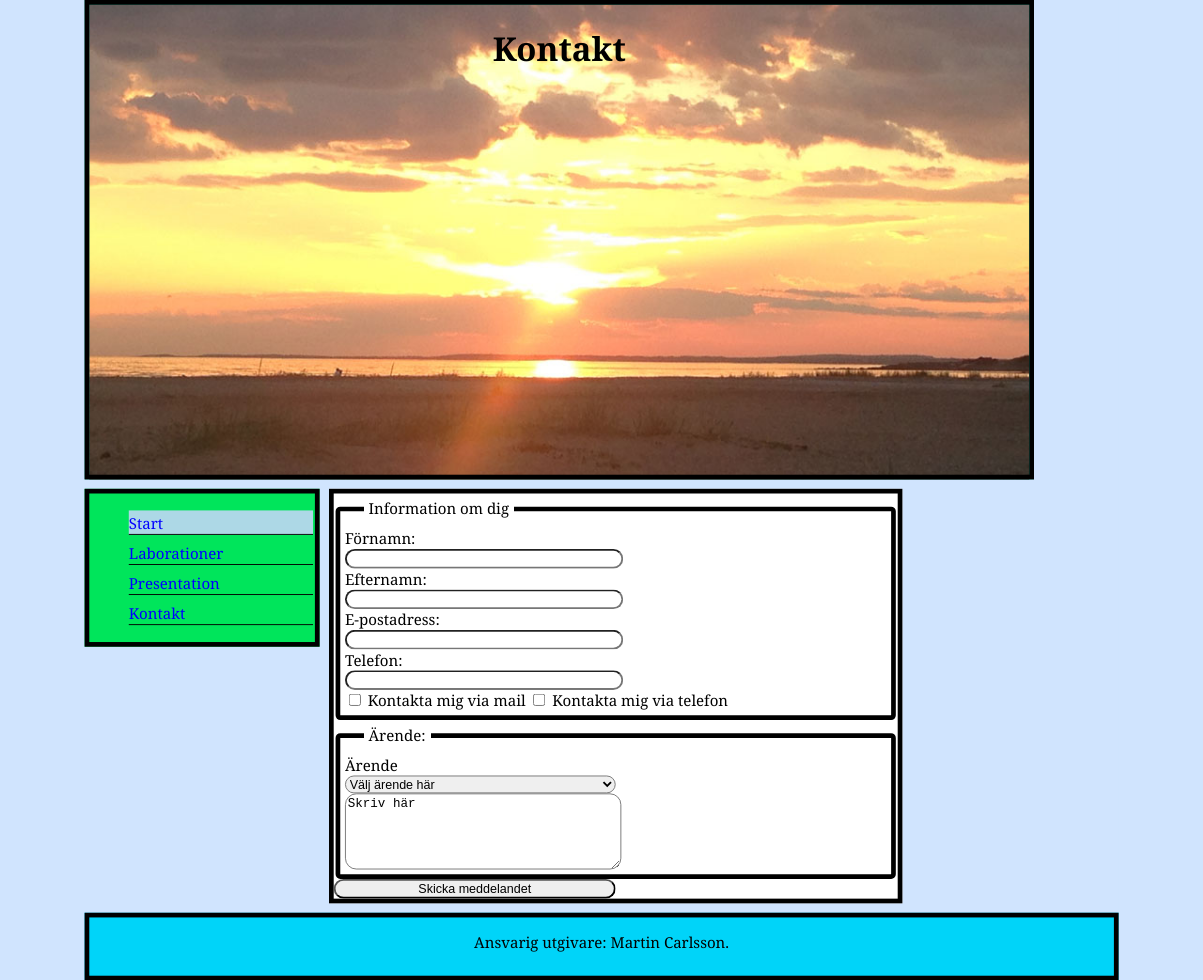
Repository: Martin-Carlsson85/HTML-och-CSS
Page: pages/kontakt.html
The author's editor kept a record of every edit. The page is drawn from the files as they stood at one moment, then again after the next edit.
The browser window is 1280 px wide. The pictures show the whole page, at 94% of full size.

Above is the page before.

### pages/kontakt.html
<!doctype html>
<html lang="sv">
    <head>
        <meta charset="utf-8" />

        <title>Kontakt</title>

         <link rel="stylesheet" href="../css/pics/style.css" />

    </head>

    <body>

         <div class="header">

        <h1>Kontakt</h1>

        </div>

         <div class="navigation">

        <ul>
            <li><a href="../index.html" class="active">Start</a></li>

            <li><a href="laborationer.html">Laborationer</a></li>

            <li><a href="presentation.html">Presentation</a></li>

            <li><a href="kontakt.html">Kontakt</a></li>
        </ul>

        <div class="clear"></div>

        </div>

         <div class="content">

        <form id="form" name="form" method="post" action="http://voyager.lnu.se/tekinet/kurser/dtt/wp_webbintro/form.php">

            <fieldset>
                <legend>Information om dig</legend>

                Förnamn:
                <input type="text" name="fnamn" id="fnamn" />

                Efternamn:
                <input type="text" name="enamn" id="enamn" />

                E-postadress:
                <input type="text" name="epost" id="epost" />

                Telefon:
                <input type="text" name="telefon" id="telefon" />

                <input type="checkbox" name="kontakt" id="kontakt" value="kontakt"/>
                <label for="kontakt">Kontakta mig via mail</label>

                <input type="checkbox" name="telefon2" id="telefon2" value="telefon"/>
                <label for="telefon">Kontakta mig via telefon</label>

            </fieldset>


            <fieldset>

                <legend>Ärende:</legend>
                <label for="arende">Ärende</label>

                <select name="arende2" id="arende">
                <option> Välj ärende här </option>
                <option value="var"> Synpunkter </option>
                <option value="var"> Frågor </option>
                </select>

                <textarea name="meddelande" id="meddelande" cols="45" rows="5" >Skriv här</textarea>

            </fieldset>

            <input type="submit" name="skicka" id="skicka" value="Skicka meddelandet" />

        </form>

        </div>

        <div class="clear"></div>

         <div class="footer">

         <p>Ansvarig utgivare: Martin Carlsson.</p>

         </div>

    </body>

</html>

### css/pics/style.css
body, html
{
    background-color: #d0e4fe;
    width:1100px;
    margin:auto;
    font-family: "Georgia", "Arial", "sans-serif";

}
.logotype{
    padding: 30px;
    position: absolute;
    top: 700px;

}
.container
{

    width:960px;

}


.clear{
    clear:both;
}

.content{
    background-color: white;
    float: left;
    width: 600px;
    border-style:solid;
    border-width:5px;


}
.liststyle
{

    padding-left:25px;
}

.liststyle_2 ul li
{
    padding: 0px;
    list-style-type: none;
}

.liststyle_3 ul li{

    padding: 0px;
    list-style-type: none;
}

.liststyle_4{

    padding: 0px;
}

.liststyle_5{

    padding: 0px;
}


.vektor{
    float: left;
}

.header{
    background-image: url(bild_halmstad_2.jpg);
    background-repeat: no-repeat;
    background-color: #16a085;
    text-align: center ;
    height: 500px;
    width: 1000px;
    margin: 0px;
    border-width:5px;
    border-style:solid;
    margin-bottom: 10px;

}
.footer{
    text-align: center ;
    height:62px;
    background-color:#00D4F9;
    border-width:5px;
    border-style:solid;
    margin-top:10px;
    clear:both;


}
.navigation{
    background-color: #00E55B;
    float: left;
    width: 240px;
    margin-right: 10px;
    border-width:5px;
    border-style:solid;
}

.navigation ul{
    list-style-type: none;

}

.navigation li {
    padding: 2px;
    margin-top:2px;
}

.navigation li a {
    display: block;
    padding-top: 3px;
    border-bottom:1px solid black;
    padding-right:90px;

}

.navigation li a:hover{
     background:#27ae60;
}

.navigation li a:active{
    background:#27ae60;
}

.active{
    background-color: lightblue;
    padding-right:90px;
}

#home{
    background-image: url('sprite.png');
    margin-bottom:5px;
    background-position: 0px -50px;
    background-repeat: no-repeat;
    display: block;
    padding-left: 25px;

}

#home:hover{
    background-image: url('sprite.png');
    background-position: 0px -2px;
    background-repeat: no-repeat;
    display: block;


}


#lab{
    background-image: url('sprite.png');
    margin-bottom:5px;
    background-position: 0px -145px;
    background-repeat: no-repeat;
    display: block;
    padding-left: 25px;

}

#lab:hover{
    background-image: url('sprite.png');
    background-position: 0px -97px;
    background-repeat: no-repeat;
    display: block;

}

#pres{
    background-image: url('sprite.png');
    margin-bottom:5px;
    background-position: 0px -241px;
    background-repeat: no-repeat;
    display: block;
    padding-left: 25px;

}

#pres:hover{
    background-image: url('sprite.png');
    background-position: 0px -193px;
    background-repeat: no-repeat;
    display: block;

}

#cont{
    background-image: url('sprite.png');
    margin-bottom:5px;
    background-position: 0px -338px;
    background-repeat: no-repeat;
    display: block;
    padding-left: 25px;

}

#cont:hover{
    background-image: url('sprite.png');
    background-position: 0px -290px;
    background-repeat: no-repeat;
    display: block;

}

h1{
    font-size:35px;
    color: black;
    text-align: center;
}

h2{	font-size:25px;}
h3{	font-size:20px;}
h4{	font-size:17px;}
h5{	font-size:14px;}



fieldset {

    border: 5px solid black;
    border-radius: 5px;
    padding: 5px;
}

fieldset legend {
    padding: 5px 5px ;
    font-size: 16px;
    border-radius: 5px;
    margin-left: 20px;
}


#skicka{
    border-radius: 12px;
    color:Black;
    display: block ;
    width:50%;
}

#meddelande{

    border-radius: 12px;
    Color:Black;
    display: block ;
    width:50%;
}
#arende{

    border-radius: 12px;
    Color:Black;
    display: block ;
    width:50%;
}

#arende2{
    border-radius: 12px;
    Color:Black;
    display: block ;
    width:50%;

}
#fnamn{
    border-radius: 12px;
    Color:Black;
    display: block ;
    width:50%;

}
#enamn{
    border-radius: 12px;
    Color:Black;
    display: block ;
    width:50%;

}

#epost{
    border-radius: 12px;
    color:Black;
    display: block ;
    width:50%;

}

#telefon{
    border-radius: 12px;
    Color:Black;
    display: block ;
    width:50%;

}

#telefon2{
    border-radius: 12px;
    Color:Black;
    text-align: left;

}

#kontakt{
    border-radius: 12px;
    Color:Black;
    text-align: left;

}

a:link {
    color: blue;
    text-decoration: none;

}

a:visited{

    color: blue;

}

a:focus{

     text-decoration: none;

}

a:hover {
    text-decoration:none;



}



a:active {

    color:Black;


}





.table{

    text-align: center;
    padding: 10px;
    position: absolute;
    left: 400px;
    top: 0px;

}

.kevin{
    float: right;

}

.text{
   padding: 0px;
}

.video{
    margin: 60px;

}

.printLink{
    display:none;
}

After the next edit:
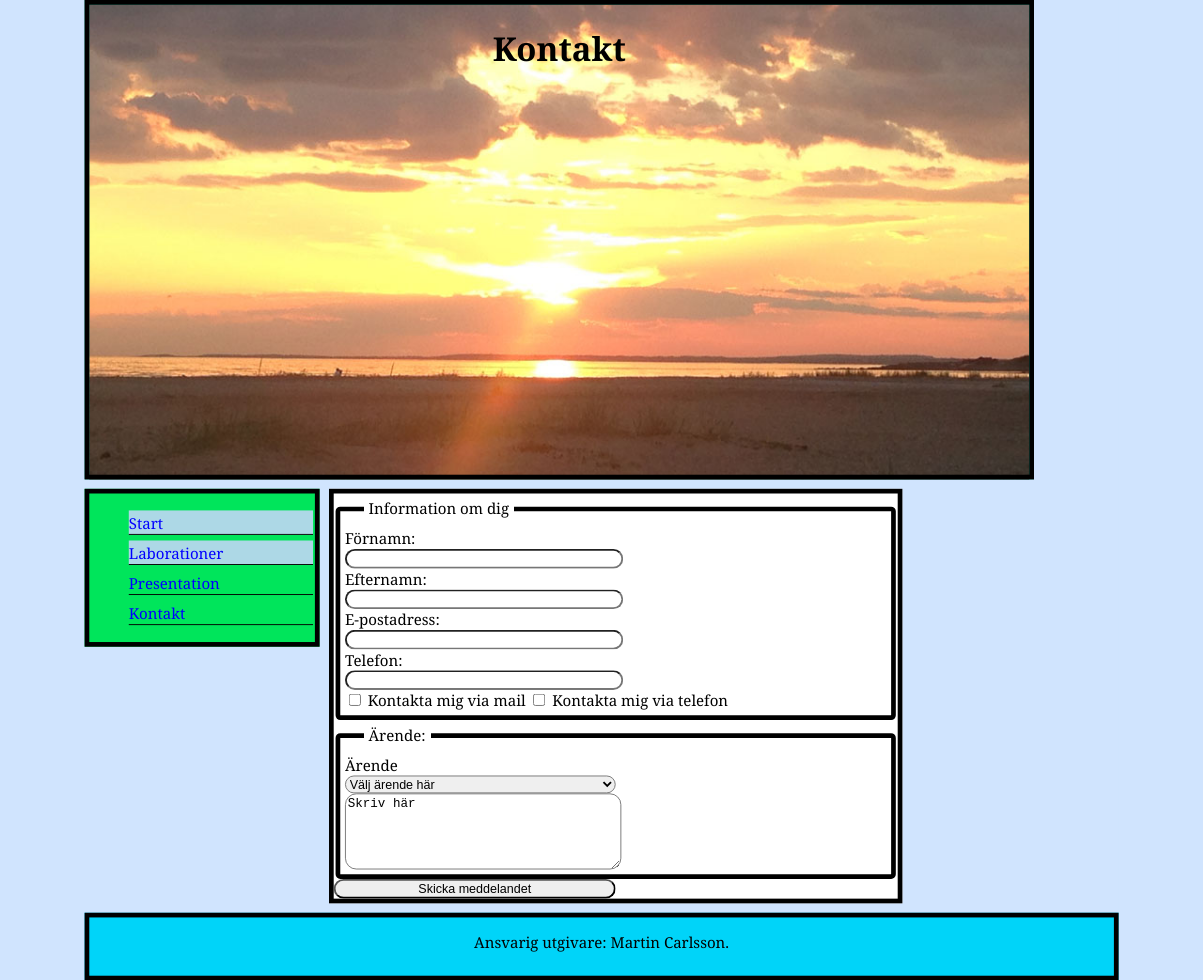
The edit:
--- a/pages/kontakt.html
+++ b/pages/kontakt.html
@@ -22,7 +22,7 @@
         <ul>
             <li><a href="../index.html" class="active">Start</a></li>
 
-            <li><a href="laborationer.html">Laborationer</a></li>
+            <li><a href="laborationer.html" class="active">Laborationer</a></li>
 
             <li><a href="presentation.html">Presentation</a></li>
 
